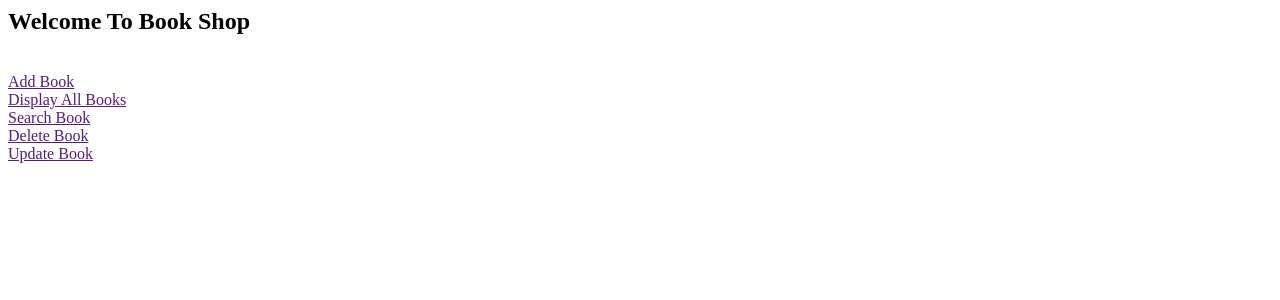
Repository: Bhakti-Belan/Web_Based_Java_Assignment
Page: http://localhost/Online_Bookshop/
An editor plug-in stored every save of this project. The page is shown before and after the next save, followed by the edit.
The browser window is 1280 px wide. The pictures show the whole page.
The page is served by Tomcat 10.

Above is the page before, as saved 2025-04-24 11:18:17.

After the next save:
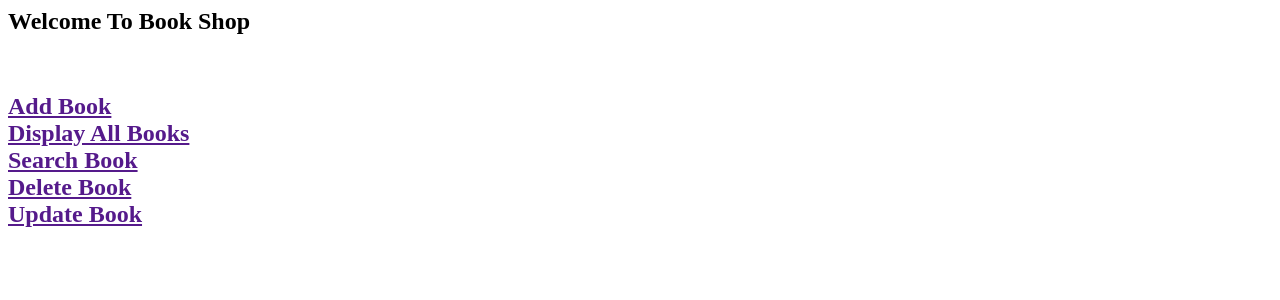
Saved 13 s later.
--- a/Online_Bookshop/src/main/webapp/index.jsp
+++ b/Online_Bookshop/src/main/webapp/index.jsp
@@ -2,10 +2,12 @@
 <body>
 <h2>Welcome To Book Shop</h2>
 <br>
+<h2>
 <a href="">Add Book</a><br>
 <a href="">Display All Books</a><br>
 <a href="">Search Book</a><br>
 <a href="">Delete Book</a><br>
 <a href="">Update Book</a><br>
+</h2>
 </body>
 </html>
